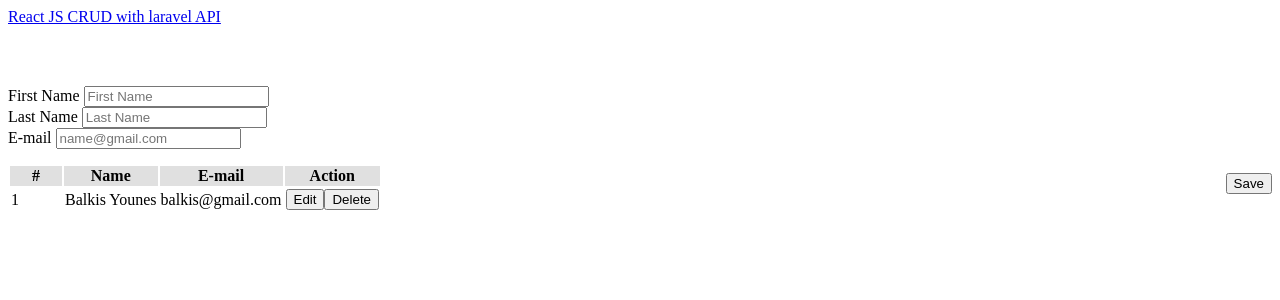
Repository: balkisys/react-js-crud
Page: /
An editor plug-in stored every save of this project. The page is shown before and after the next save, followed by the edit.
The browser window is 1280 px wide. The pictures show the whole page.
The project was rebuilt for these pictures with package versions that can differ from the ones it lists, and the page was loaded fresh each time.

Above is the page before, as saved 2020-05-18 11:42:42.

### public/index.html
<!DOCTYPE html>
<html lang="en">
  <head>
    <meta charset="utf-8" />
    <link rel="icon" href="%PUBLIC_URL%/favicon.ico" />
    <meta name="viewport" content="width=device-width, initial-scale=1" />
    <meta name="theme-color" content="#000000" />
    <meta
      name="description"
      content="Web site created using create-react-app"
    />
    <link rel="apple-touch-icon" href="%PUBLIC_URL%/logo192.png" />
    <link rel = "stylesheet" href="https://cdnjs.cloudflare.com/ajax/libs/semantic-ui/2.4.1/semantic.min.js"/>

    <!--
      manifest.json provides metadata used when your web app is installed on a
      user's mobile device or desktop. See https://developers.google.com/web/fundamentals/web-app-manifest/
    -->
    <link rel="manifest" href="%PUBLIC_URL%/manifest.json" />
    <!--
      Notice the use of %PUBLIC_URL% in the tags above.
      It will be replaced with the URL of the `public` folder during the build.
      Only files inside the `public` folder can be referenced from the HTML.

      Unlike "/favicon.ico" or "favicon.ico", "%PUBLIC_URL%/favicon.ico" will
      work correctly both with client-side routing and a non-root public URL.
      Learn how to configure a non-root public URL by running `npm run build`.
    -->
    <title>React App</title>
  </head>
  <body>
    <noscript>You need to enable JavaScript to run this app.</noscript>
    <div id="root"></div>
    <!--
      This HTML file is a template.
      If you open it directly in the browser, you will see an empty page.

      You can add webfonts, meta tags, or analytics to this file.
      The build step will place the bundled scripts into the <body> tag.

      To begin the development, run `npm start` or `yarn start`.
      To create a production bundle, use `npm run build` or `yarn build`.
    -->
  </body>
</html>

### src/index.js
import React from "react";
import ReactDOM from "react-dom";
import App from "./components/App";


ReactDOM.render(<App/>, document.querySelector("#root"));

### src/components/App.js
import React , {Component} from "react" ;
import MyForm from "./MyForm";
import CustomerList from "./CustomerList";
import "./app.css";

class App extends Component {
    render () {
      return (
          <div className="ui fixed inverted menu">
          <div className="ui container">

           <a href="/#" className="header item">
               React JS CRUD with laravel API
               </a>

          </div>
          <div className="ui main container">
           <MyForm/>
           <CustomerList/>
          </div>
          </div>
      );
    }
}
export default App ;

### src/components/MyForm.js
import React , {Component} from "react" ;


class MyForm extends Component {
   render() {
       return (
      <from className= "ui form">
       <div className="fields">
           <div className="four wide field">
           <label> First Name </label>
           <input type="text" name="first_name" placeholder="First Name" />
           </div>

           <div className="four wide field">
           <label> Last Name </label>
           <input type="text" name="last_name" placeholder="Last Name" />
           </div>

           <div className="four wide field">
           <label> E-mail </label>
           <input type="email" name="email" placeholder="name@gmail.com" />
           </div>

           <div className="four wide field">
           <button  className="ui primary button submit-button"> Save</button>
           </div>

       </div>
      </from>
       );
   }


}
export default MyForm ;

### src/components/CustomerList.js
import React, {Component} from "react";


class CustomerList extends Component {
    render() {
        return (
          <div className="data">
              <table className="ui celled table">
                <thead>
                     <tr>
                         <th style={{ width: '50px' , textAlign: "center"}}>#</th>
                         <th>Name</th>
                         <th>E-mail</th>
                         <th>Action </th>
                     </tr>
                    </thead>

                    <tbody>
                        <tr>
                            <td>1</td>
                            <td>Balkis Younes</td>
                            <td>balkis@gmail.com</td>
                            <td>
                                <button className="mini ui blue button"> Edit</button>
                                <button className="mini ui red button"> Delete</button>
                            </td>
                        </tr>
                    </tbody>
              </table>

          </div>
        );
    }
}

export default CustomerList;

### src/components/app.css
.main.container {
    margin-top: 60px;
}
.submit-button {
    margin-top: 24px !important;
    float: right;
}

.data {
    margin-top: 15px;
}

thead tr th {
     background: #e0e0e0 !important;
}

After the next save:
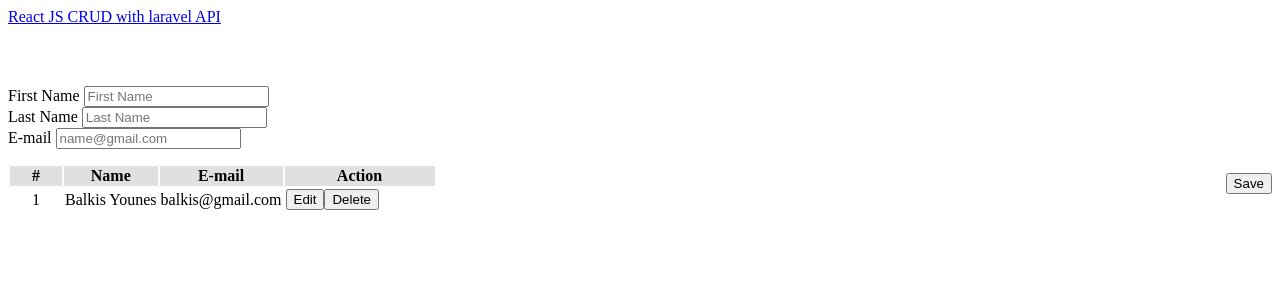
Saved 97 s later.
--- a/src/components/CustomerList.js
+++ b/src/components/CustomerList.js
@@ -11,13 +11,13 @@ class CustomerList extends Component {
                          <th style={{ width: '50px' , textAlign: "center"}}>#</th>
                          <th>Name</th>
                          <th>E-mail</th>
-                         <th>Action </th>
+                         <th style={{ width: "148px"}}>Action </th>
                      </tr>
                     </thead>
 
                     <tbody>
                         <tr>
-                            <td>1</td>
+                            <td style={{ textAlign: "center"}}>1</td>
                             <td>Balkis Younes</td>
                             <td>balkis@gmail.com</td>
                             <td>
